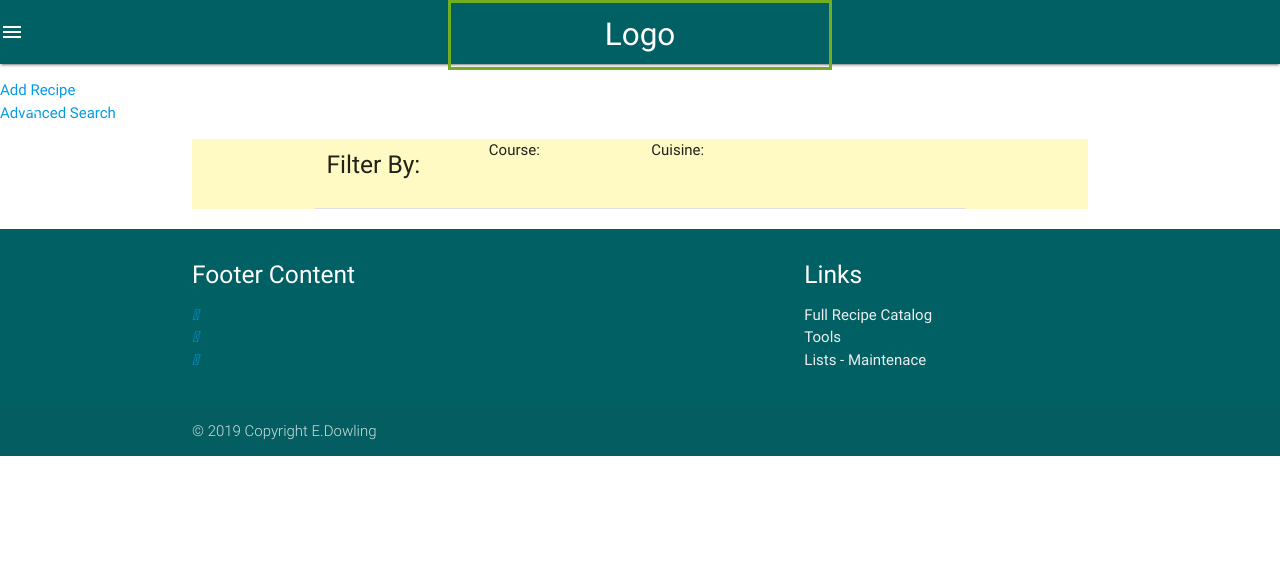
Repository: eldowling/lets-cook-together
Page: http://localhost/get_catalog?course=breakfast
The author's editor kept a record of every edit. The page is drawn from the files as they stood at one moment, then again after the next edit.
The browser window is 1280 px wide. The pictures show the whole page.
Some web libraries are served in a nearby version. The page is served by the project's application, run on Flask 3 (app.py). Queries for data that is not in the repository find no rows.

Above is the page before.
Console error: TypeError: $(...).sidenav is not a function

After the next edit:
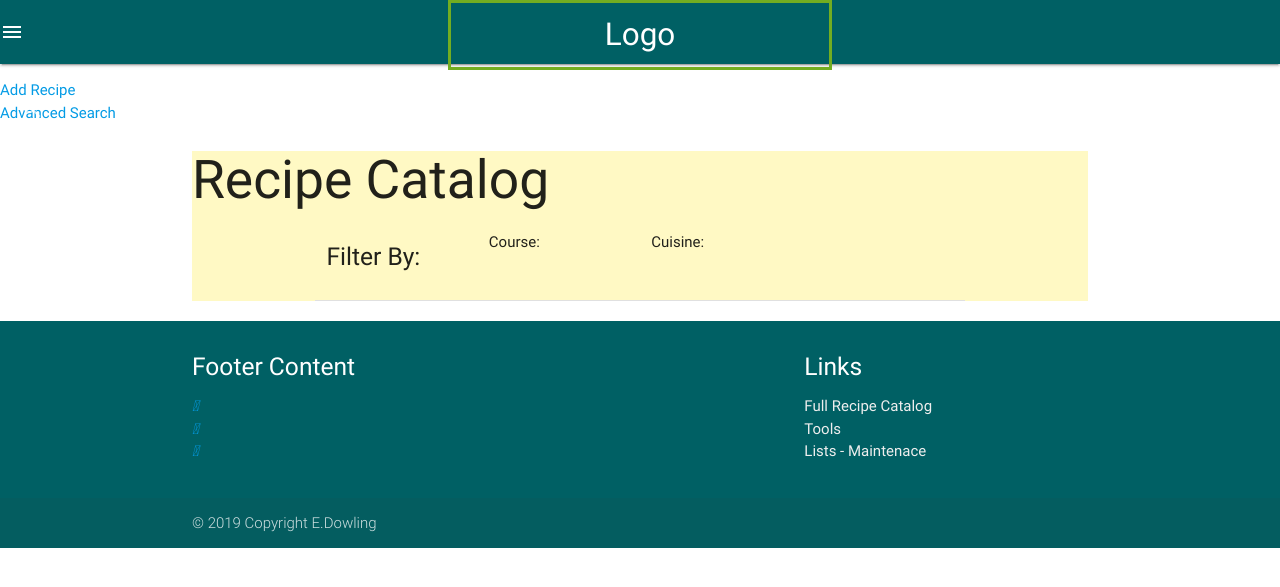
The edit:
--- a/templates/catalog.html
+++ b/templates/catalog.html
@@ -1,5 +1,5 @@
 {% extends 'base.html'%} {% block content %}
-
+<h2>Recipe Catalog</h2>
 <div class="container">
   <div class="row">
     <div class="col s3">
